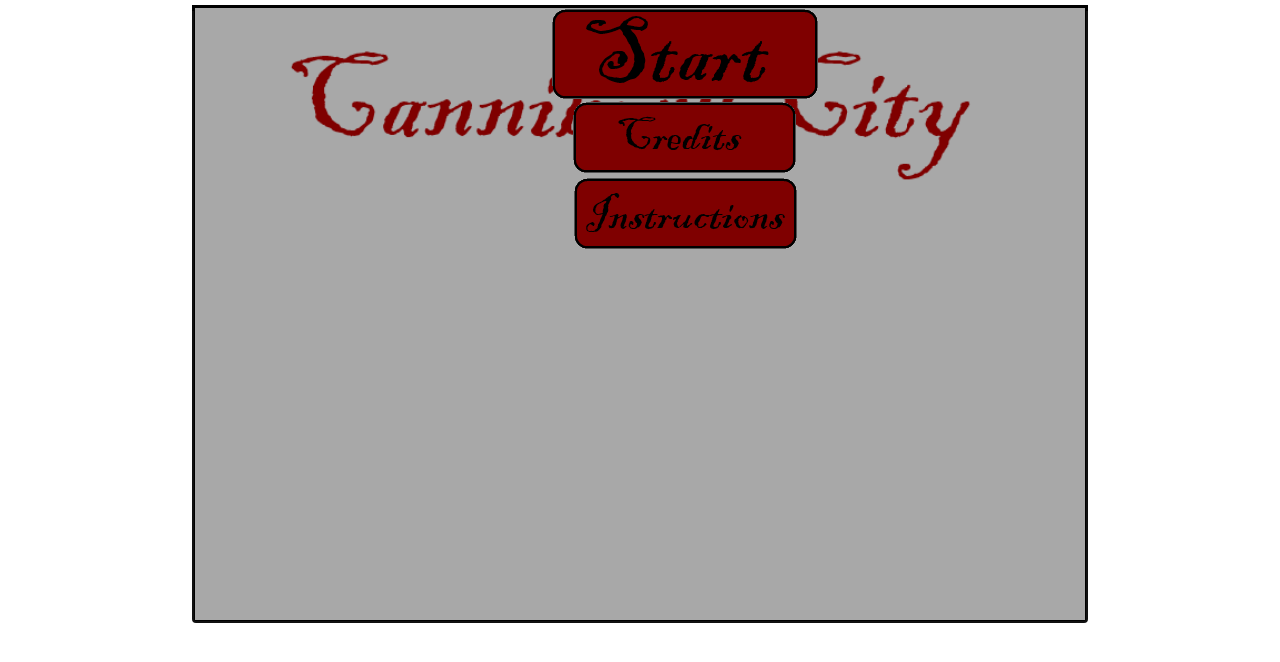
Repository: alprusa/Cannibowl-City
Page: Cannibowl-City/CannibowlCity.html
The author's editor kept a copy of each file at every save. The page is drawn from the files as they stood at one save, then again after the next save.
The browser window is 1280 px wide. The pictures show the whole page.

Above is the page before, as saved 2016-06-19 03:06:36.
Console error: ReferenceError: playerIndicator is not defined

### Cannibowl-City/CannibowlCity.html
<!DOCTYPE html>
<html>
	<head>
		<meta charset="utf-8">
		<title>CannibowlCity</title>
		<link rel="stylesheet" type="text/css" href="CannibowlCity.css">
		<link rel="stylesheet" href="bootstrap/css/bootstrap.min.css">
	</head>
	<body onload="LoadContent(0)">
        <div id="container">
        	<div id="startMenu" class="img-overlay">
				<img id="menuBackdrops" src="img/StartScreen.png" class="img-responsive" style="width:100%; position: absolute;">

				<!--Start menu buttons-->
				<div id="menuButtons">
					<img src="img/StartButton.png" class="img-responsive buttonsHv img-overlay" onclick="startGame();">
					<img src="img/CreditsButton.png" class="img-responsive buttonsHv img-overlay" onclick="creditsScreen();">
					<img src="img/InstructionButton.png" class="img-responsive buttonsHv img-overlay" onclick="instructionScreen();">
				</div>

				<!--Return to menu button-->
				<img id="backButton" src="img/BackButton.png" class="img-responsive buttonsHv img-overlay hidden" style="position: absolute;" onclick="returnToMenu();">
			</div>

            <canvas id="canvas" width="800" height="550"></canvas>

            <!--for JQuery and Brine-->
            <script type="text/javascript" src="jquery-2.0.2.js"></script>
            <script type="text/javascript" src="brine.js"></script>

            <!--Avatar file-->
            <script type="text/javascript" src="Avatar.js"></script>
            <script type="text/javascript" src="wKeyAction.js"></script>
            <script type="text/javascript" src="BoxInteraction.js"></script>
            <script type="text/javascript" src="Hiding.js"></script>
            <script type="text/javascript" src="Notes.js"></script>

            <!--Game object files-->
            <script type="text/javascript" src="GameObjects.js"></script>
            <script type="text/javascript" src="Cannibals.js"></script>
            <script type="text/javascript" src="HealthHunger.js"></script>
            <script type="text/javascript" src="SoundEffects.js"></script>
            <script type="text/javascript" src="Boss.js"></script>
            <script type="text/javascript" src="Collision.js"></script>
            <script type="text/javascript" src="Text.js"></script>

            <!--Background and Screens-->
            <script type="text/javascript" src="Background.js"></script>
            <script type="text/javascript" src="GettingStarted.js"></script>
            <script type="text/javascript" src="NextLevel.js"></script>
            <script type="text/javascript" src="Camera.js"></script>
            <script type="text/javascript" src="CannibowlCity.js"></script>
        </div>
	</body>
</html>

<!--All is left to do now is make the code clean and pretty-->

### Cannibowl-City/CannibowlCity.css
#container{
    width:70%;
	margin: 0 auto;
	background-color:#FFFFFF;
	height:70%;
	position: relative;
}

#canvas{
	position: absolute;
    margin: 0 auto;
    width: 100%;
    top: 5px;
    bottom: 200px;
    border: solid black;
}

#startMenu{
	position: absolute;
	margin: 0 auto;
    width: 100%;
    height: 100%;
    z-index: 10000;
    top: 5px;
    bottom: 200px;
    border: solid black;
}

.buttonsHv{
	display: block;
    margin-left: auto;
    margin-right: auto;
}

.buttonsHv:hover{
	cursor: hand;
	border: solid black;
}

#menuButtons{
	position: absolute;
    margin: 0 auto;
    top: 50%;
    left:40%;
}

### Cannibowl-City/wKeyAction.js
//This file is for the ladder climbing of the avatar

//variables for determining if climbing ladder
var climbLadder = false, climbing = true, time = 0, center = false, lowerPlatformYPos = 600;

//Climbing or walking
function wKey(){
    var ladderColValue = avatarCollision("ladder");
    var platformColValue = avatarCollision("platform");

    if(typeof ladderColValue === "object"){
        //determine if player can climb
        if((gInput.up || gInput.down) && avatar.x >= (ladderColValue.x - 65) && avatar.x <= (ladderColValue.x + 3) && ladderColValue.collided){
            climbLadder = true;
            walk = false;
        }

        //climbing ladders
        if(gInput.up && climbLadder === true && move === true && (avatar.y >= (ladderColValue.y - 65) || avatar.y >= platformColValue.y - 65)){
            avatar.animation = "climb";
            soundEfx["AvatarWalk"].pause();
            center = true;
            walk = false;
            avatar.y -= 7;
            avatar.frameRate = -avatar.moveRate;
        }
        else if(gInput.down && climbLadder === true && ladderColValue.collided && avatar.y < 300 && avatar.y < lowerPlatformYPos && move === true){
            avatar.animation = "climb";
            soundEfx["AvatarWalk"].pause();
            center = true;
            walk = false;
            avatar.y += 7;
            avatar.frameRate = -avatar.moveRate;
            if(level1 === true && area2 === true && ladderColValue.y < platformColValue.y) {
                lowerPlatformYPos = platformColValue.y - 70;
            }
        }
        //to walk again once you've stopped climbing down
        else if((avatar.y >= 300 && climbLadder === true) || (level1 === true && area2 === true && avatar.y > lowerPlatformYPos)){
            climbLadder = false;
            walk = true;
        }
        else if(climbLadder === true)
            avatar.animation = "idleClimb";

        //to be able to walk while on a platform
        if(avatar.y <= (ladderColValue.y - 65) && avatar.y <= platformColValue.y - 65){
            climbLadder = false;
            walk = true;
            lowerPlatformYPos = 600
        }

        //make avatar center when climbing ladder
        if(center === true){
            if(ladderColValue.collided)
                avatar.x = ladderColValue.x - 20;
            else avatar.x = ladderColValue.x - 20;
            center = false;
        }

        //determine if player can walk again
        if(avatar.y >= 300){
            climbLadder = false;
            walk = true;
            lowerPlatformYPos = 600
        }

        ladderColValue.collided = false;
        if(typeof platformColValue === "object") platformColValue.collided = false;
    }
}

function wKeyQuite(){
    limbLadder = false; climbing = true; time = 0; center = false; lowerPlatformYPos = 600;
}

### Cannibowl-City/BoxInteraction.js
//This file is for results of the avatar's interactions with the box

var cannibalDeath = false, cannibalLocation = 0, areaBox = 0;

//move box
function Pushing(){
    var bcColValArray = objectCollision("box", "cannibal"); //0 = box object, 1 = cannibal object, 2 = bool for if collided
    var bpColValArray = objectCollision("box", "platform"); //0 = box object, 1 = platform object, 2 = bool for if collided
    var boxColVal = avatarCollision("box");

	//when player nears box move it
    if(typeof boxColVal === "object" && gInput.right && boxColVal.collided && boxColVal.created && hiding === false && !wallObjCollision("box", endWall)){
        soundEfx["BoxPush"].play();
        boxColVal.x += 9;
    }
    else soundEfx["BoxPush"].pause();

    //if close to edge do force push box off
    if(typeof bpColValArray[0] === "object" && typeof bpColValArray[1] === "object" && bpColValArray[0].x >= (bpColValArray[1].x + bpColValArray[1].width) - 30){
        boxColVal.x += 30;
        areaBox = boxColVal;
    }

    //make box fall when it falls off platform
    if(typeof bpColValArray[0] !== "object" && typeof bpColValArray[1] !== "object" && areaBox.y <= 300 && boxDisp === true){
        areaBox.y += 10;
        if(hiding === true && boxEnter === true){
            count = 0;
            exitObj === false;
        }
    }

    //remove box and if hit cannibal then
    if(bcColValArray[2] && typeof bcColValArray[0] === "object" && bcColValArray[0].created === true && boxDisp === true){
        areaBox.remove(this);
        areaBox.y = -10;

        cannibalLocation = bcColValArray[1].x;
        meatCreated++;

        var meatFoodVal = bcColValArray[1].indexInArray;
        if(gameObjects["meatFood"][meatFoodVal] !== undefined) {
            gameObjects["meatFood"][meatFoodVal].x = cannibalLocation;
            gameObjects["meatFood"][meatFoodVal].y = bcColValArray[1].y + 60;
            gameObjects["meatFood"][meatFoodVal].created = true;
            world.addChild(gameObjects["meatFood"][meatFoodVal]);
        }

        cannibalCollidedPlatform = false;
        soundEfx["CannibalScream"].play();
        bcColValArray[1].remove(this);
        cannibalDeath = true;
        meatPresent = true;
        boxEnter = false;
        gone = true;
        areaBox.created = false;
        bcColValArray[1].created = false;
        alive = false;
    }

    //remove box when it hits the ground
    if(areaBox.y >= 300 && pushable === true && boxDisp === true && areaBox.created === true){
        areaBox.remove(this);
        areaBox.created = false;
        pushable = false;
        alive = false;
    }

    //make it so player makes it to bottom or dies in box
    if(hiding === true && boxEnter === true && areaBox.x >= 300 && areaBox.created === false &&
       !bcColValArray[2] && boxDisp === true){
        avatar.y = 300;
        escapeBox = true;
    }
    else if(typeof bcColValArray[1] === "object" && hiding === true && bcColValArray[2] && boxDisp === true &&
        areaBox.created === false && bcColValArray[1].created === false && avatar.y < 300){
        avatar.y = 300;
        escapeBox = true;
        finished = false;
        canniCollision = true;
        healthHunger["Health"].add.width = 0;
    }
}

function boxQuit(){
    cannibalDeath = false; cannibalLocation = 0; areaBox = 0;
}

### Cannibowl-City/Hiding.js
//This file is for the feature of hiding in objects for the player

//Set up hiding in containers
var hiding = false, count = 0, boxEnter = false, trashEnter = false, exitObj = false, keepCount = false, escapeBox = false;

//Pressing e
function Hide(){
    //when player releasees E key
    if(gInput.bools["enterExit"] === false){
        if(hiding === true || keepCount === true){
            count++;
        }
        if(count >= 2){
            exitObj = true;
        }
        if(count >= 4 && keepCount === true){
            exitObj = false;
            keepCount = false;
            escapeBox = false;
            count = 0;
        }
    }

    if(gameObjects["box"] !== undefined) boxHide();
    if(gameObjects["trashcan"] !== undefined) trashcanHide();
}

function boxHide(){
    var boxColVal = avatarCollision("box");
    var pcColValArray = objectCollision("platform", "cannibal");

     //to activate hiding for player
    if(typeof boxColVal === "object" && gInput.enterExit && boxColVal.collided && boxColVal.created && exitObj === false){
        soundEfx["EnterContainer"].play();
        boxColVal.image = Textures.load("img/boxeyes.png");
        avatar.image = Textures.load("");
        move = false;
        hiding = true;
    }

    //to exit the objects
    if(typeof boxColVal === "object" && exitObj === true && gInput.enterExit && hiding === true && boxColVal.created && boxColVal.collided){
        if(escapeBox === false)
            boxColVal.image = Textures.load(boxColVal.url);
        avatar.image = Textures.load(avatar.url);
        soundEfx["EnterContainer"].play();
        move = true;
        boxEnter = false;
        keepCount = true;
        hiding = false;
    }

    if(typeof boxColVal === "object") boxColVal.collided = false;
}

function trashcanHide(){
    var trashCanColVal = avatarCollision("trashcan");

    //to activate hiding for player
    if(typeof trashCanColVal === "object" && gInput.enterExit && trashCanColVal.collided && exitObj === false){
        soundEfx["EnterContainer"].play();
        trashCanColVal.image = Textures.load("img/trashcaneyes.png");
        avatar.image = Textures.load("");
        move = false;
        hiding = true;
    }

    //else soundEfx["EnterContainer"].pause();
    //to exit the objects
    else if(typeof trashCanColVal === "object" && exitObj === true && gInput.enterExit && hiding === true && trashCanColVal.collided){
        trashCanColVal.image = Textures.load(trashCanColVal.url);
        avatar.image = Textures.load(avatar.url);
        soundEfx["EnterContainer"].play();
        move = true;
        trashEnter = false;
        keepCount = true;
        hiding = false;
    }
    //else soundEfx["EnterContainer"].pause();

    if(typeof trashCanColVal === "object" ) trashCanColVal.collided = false;
}

function hidingQuit(){
    hiding = false; count = 0; boxEnter = false; trashEnter = false; exitObj = false; keepCount = false; escapeBox = false;
}

### Cannibowl-City/Notes.js
var noteCounter = 0, preTime = 0;

var everyNote = {"note0":0, "note1":0, "note2":0, "note3":0, "note4":0, "note5":0, "note6":0};

function noteObj(imageURL, id){
    var tempSprite = new Sprite();

    tempSprite.width = 600;
    tempSprite.height = 400;
    tempSprite.x = 100;
    tempSprite.y = 50;
    tempSprite.image = Textures.load(imageURL);
    tempSprite.url = imageURL;
    tempSprite.id = id;
    tempSprite.index = 0;

    return tempSprite;
}

//create actual sprites for screens
function createNotes(){
    var noteAdded = 0;
    for(var obj in everyNote){
        everyNote[obj] = noteObj("img/" + obj + ".png", noteAdded);
        noteAdded++;
    }
}

//picking up notes
function NotePickUp(action, curTime){
    var noteObj = avatarCollision("journal");
    var noteNum = "note" + noteCounter;
    var pastNoteNum = "note" + (noteCounter - 1);

    if(typeof noteObj === "object"){
        if(noteObj.created && gInput.pickUp && noteObj.collided){
            soundEfx["NotePickUp"].play();
            preTime = curTime + 1000;
            start = false;
            noteCounter++;
            noteObj.created = false;
            notePickUp = false;
            world.addChild(everyNote[noteNum]);
            noteObj.remove(this);
        }
        //else soundEfx["NotePickUp"].pause();

        //close or put down the note
        if(noteObj.created === false && gInput.pickUp && typeof everyNote[pastNoteNum] === "object" && preTime < curTime){
            everyNote[pastNoteNum].remove(this)
            world.removeChild(everyNote[pastNoteNum]);
            start = true;
            notePickUp = false;
            pickUpToggle = 0;
        }

        if(noteCounter > everyNote.length && noteObj.created === false && gInput.pickUp){
                for(var obj in everyNote){
                    world.removeChild(everyNote[obj]);
                }
                start = true;
                notePickUp = false;
                noteCounter = 0;
        }
    }
}

function notesQuit(){
    noteCounter = 0; preTime = 0;
    everyNote = {"note0":0, "note1":0, "note2":0, "note3":0, "note4":0, "note5":0, "note6":0};
}

### Cannibowl-City/SoundEffects.js
//This file is for the creation of the sounds for the elements

//array for the sound elements
var soundEfx = {"AvatarWalk": 0, "BoxPush": 0, "CannibalAttack": 0, "CannibalWalk": 0, "Eating": 0, "EnterContainer": 0, "NotePickUp": 0, "AvatarScream": 0, "CannibalScream": 0, "BossLaugh": 0};

function gameSounds(audio, name, volume){
    var tempAudio = new SoundManager();

    tempAudio.muted = false;
    tempAudio = Sounds.load(audio);
    tempAudio.audioFile = audio;
    tempAudio.name = name;
    tempAudio.volume = volume;
    tempAudio.pause();
    tempAudio.loop = false;
    tempAudio.index = 0;

    return tempAudio;
}

//audio for in game actions
function SoundEffects(){
    for(var sound in soundEfx){
        soundEfx[sound] = gameSounds("audio/" + sound + ".mp3", sound, 0.7);

        if(sound === "AvatarWalk") soundEfx[sound].volume = 0.4;
        if(sound === "CannibalWalk") soundEfx[sound].volume = 0.1;
    }
}

function soundRefresh(){
    soundEfx = {"AvatarWalk": 0, "BoxPush": 0, "CannibalAttack": 0, "CannibalWalk": 0, "Eating": 0, "EnterContainer": 0, "NotePickUp": 0, "AvatarScream": 0, "CannibalScream": 0, "BossLaugh": 0};
}

### Cannibowl-City/Boss.js
var canniLeader;
var theEnd = true, theEnd2 = true;

//set up the boss
function Boss(){
	canniLeader = new Sprite();
    canniLeader.width = 115;
    canniLeader.height = 127;
    canniLeader.x = 504;
    canniLeader.y = 300;
    canniLeader.id = "boss";
    canniLeader.index = 1;
    world.addChild(canniLeader);
    canniLeader.image = Textures.load("img/bossset.png");
    canniLeader.frameWidth = 115;
	canniLeader.frameHeight = 126;
	canniLeader.frameCount = 6;
	canniLeader.frameRate = 6;
	canniLeader.moveRate = 6;
	canniLeader.addAnimations(["left","right"], [3,3]);
	canniLeader.addAnimation("idleL", (2,1));
	canniLeader.addAnimation("idleR", (3,1));
 }

//make what the boss can do
function BossActions(){
	//move
	if(!collisionWall(canniLeader, backWall) && theEnd === true){
		soundEfx["CannibalWalk"].play();
		canniLeader.animation = "left";
		canniLeader.frameRate = canniLeader.moveRate;
		canniLeader.x -= 5;
	}
	else if(!collisionWall(canniLeader, endWall) && theEnd === false){
		canniLeader.x += 5;
		soundEfx["CannibalWalk"].play();
		canniLeader.animation = "right";
		canniLeader.frameRate = -canniLeader.moveRate;
	}
	else soundEfx["CannibalWalk"].pause();
	//boss defeated
	if(collisionBoss() && hiding !== true){
		healthHunger["Health"].width = 0;
	}
	//hit the wall
	if(collisionWall(canniLeader, backWall)){
			theEnd = false;
	}
	else if(collisionWall(canniLeader, endWall)){
			theEnd = true;
	}
}

function bossQuit(){
    canniLeader = 0;
    theEnd = true; theEnd2 = true;
}

### Cannibowl-City/Background.js
//This file is for creating the primary audio and background
var mainSong, menuSong, deathSong, bossSong;

//set up background image
function Background(){
	background = new Sprite();
	if(level0 === true || bossFight === true)
    	background.width = 1600;
    else if(level1 === true) background.width = 3200;
    else if(level2 === true) background.width = 4000;
    background.height = 550;
    background.x = 0;
    background.y = 0;
    background.id = "background";
    background.index = 2;
    world.addChild(background);
    background.image = Textures.load("img/background.png");
}

//"prototype" for making the hidden walls that are used to detect if objects reach end of screen
function hiddenWalls(x, y, id){
    var tempSprite = new Sprite();
    var imageURL = "img/AreaWall.png";

    tempSprite.x = x;
    tempSprite.y = y;
    tempSprite.width = 20;
    tempSprite.height = 550;
    tempSprite.id = id;
    tempSprite.index = 0;
    tempSprite.image = Textures.load(imageURL);
    tempSprite.url = imageURL;

    return tempSprite;
}

//wall to detect when player reaches end of visual area
function createWalls(){
    endWall = hiddenWalls(800, 0, "endWall");
    backWall = hiddenWalls(-20, 0, "backWall");

    world.addChild(endWall);
    world.addChild(backWall);
}

//"prototype" for creating the music elements for the game
function songObject(audio, volume, id){
    var tempMusic = new SoundManager();

    tempMusic.muted = false;
    tempMusic = Sounds.load(audio);
    tempMusic.audio = audio;
    tempMusic.volume = volume;
    tempMusic.id = id;
    tempMusic.play();
    tempMusic.loop = true;

    return tempMusic;
}

//create the song and play it
function createSong(songName){
    switch(songName){
        case "mainSong":
            mainSong = songObject("audio/HorrorMusic_Main.mp3", 0.5, songName);
            break;
        case "menuSong":
            menuSong = songObject("audio/TemptingFate_Credits.mp3", 0.5, songName);
            break;
        case "deathSong":
            deathSong = songObject("audio/Quiet_Death.mp3", 0.5, songName);
            break;
        case "bossSong":
            bossSong = songObject("audio/SuspenseAction_Boss.mp3", 0.5, songName);
            break;
    }
}

//mute all music when quit/fail/victory happen
function muteMusic(){
    if(mainSong !== undefined) mainSong.muted = true;
    if(menuSong !== undefined) menuSong.muted = true;
    if(deathSong !== undefined) deathSong.muted = true;
    if(bossSong !== undefined) bossSong.muted = true;
}

### Cannibowl-City/GettingStarted.js
//This file is to impliment the clickable menu screen and other pop-up windows

//variables for the game screens and info
var note, goBack = false, StarSc = true, stopClicks = 0;

var nonGamePlayScreens = {"Instruction": 0, "Credits": 0, "StartScreen": 0, "GameOver": 0, "Victory": 0};

function gameScreens(imageURL, id){
    var tempSprite = new Sprite();

    tempSprite.width = 800;
    tempSprite.height = 550;
    tempSprite.x = 0;
    tempSprite.y = 0;
    tempSprite.image = Textures.load(imageURL);
    tempSprite.url = imageURL;
    tempSprite.id = id;
    tempSprite.index = 0;

    return tempSprite;
}

//create actual sprites for screens
function createScreens(obj){
    nonGamePlayScreens[obj] = gameScreens("img/" + obj + ".png");
    world.addChild(nonGamePlayScreens[obj]);
}

//to remove the game screens
function RemoveScreens(){
	for(var obj in nonGamePlayScreens){
        world.removeChild(nonGamePlayScreens[obj]);
	}
}

function startGame(){
	RemoveScreens();
	stopClicks = 1;
	start = true;
	$("#startMenu").addClass("hidden");
}

function creditsScreen(){
	goBack = true;
	StarSc = false;
	stopClicks = 1;
	$("#menuButtons").addClass("hidden");
	$("#backButton").removeClass("hidden");
	$("#menuBackdrops").attr('src', 'img/Credits.png');
}

function instructionScreen(){
	goBack = true;
	StarSc = false;
	stopClicks = 1;
	$("#menuButtons").addClass("hidden");
	$("#backButton").removeClass("hidden");
	$("#menuBackdrops").attr('src', 'img/Instruction.png');
}

function returnToMenu(){
	goBack = false;
	stopClicks = 0;
	$("#menuButtons").removeClass("hidden");
	$("#backButton").addClass("hidden");
	$("#menuBackdrops").attr('src', 'img/StartScreen.png');
}

function gettingStartedRefresh(){
    note = 0; goBack = false; StarSc = true; stopClicks = 0;
    nonGamePlayScreens = {"Instruction": 0, "Credits": 0, "StartScreen": 0, "GameOver": 0, "Victory": 0};
}

Loaded but not shown: Cannibowl-City/bootstrap/css/bootstrap.min.css (library); Cannibowl-City/jquery-2.0.2.js (library); Cannibowl-City/brine.js (3923 lines, source omitted); Cannibowl-City/GameObjects.js (228 lines, source omitted); Cannibowl-City/Cannibals.js (211 lines, source omitted); Cannibowl-City/Avatar.js (156 lines, source omitted); Cannibowl-City/CannibowlCity.js (183 lines, source omitted); Cannibowl-City/Camera.js (141 lines, source omitted); Cannibowl-City/Collision.js (91 lines, source omitted); Cannibowl-City/HealthHunger.js (no copy from this time; the picture is the same without it); Cannibowl-City/NextLevel.js (no copy from this time; the picture is the same without it); Cannibowl-City/Text.js (no copy from this time; the picture is the same without it)

After the next save:
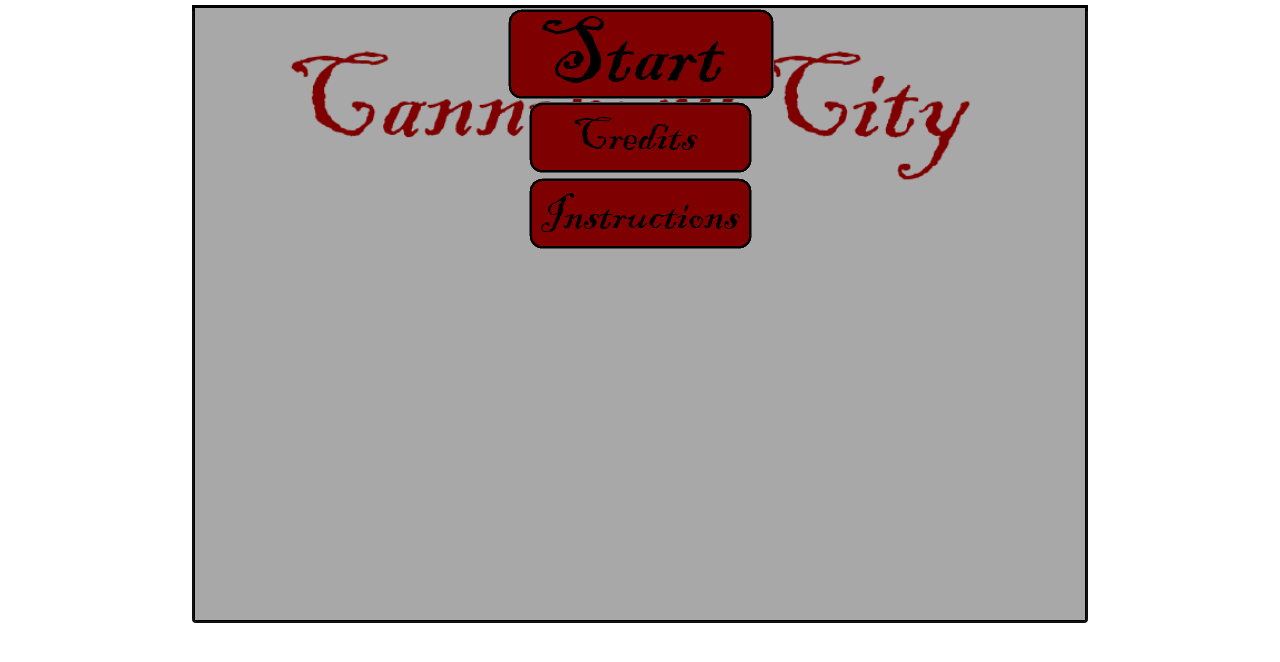
Saved 14 s later.
--- a/Cannibowl-City/CannibowlCity.css
+++ b/Cannibowl-City/CannibowlCity.css
@@ -41,5 +41,5 @@
 	position: absolute;
     margin: 0 auto;
     top: 50%;
-    left:40%;
+    left:35%;
 }
